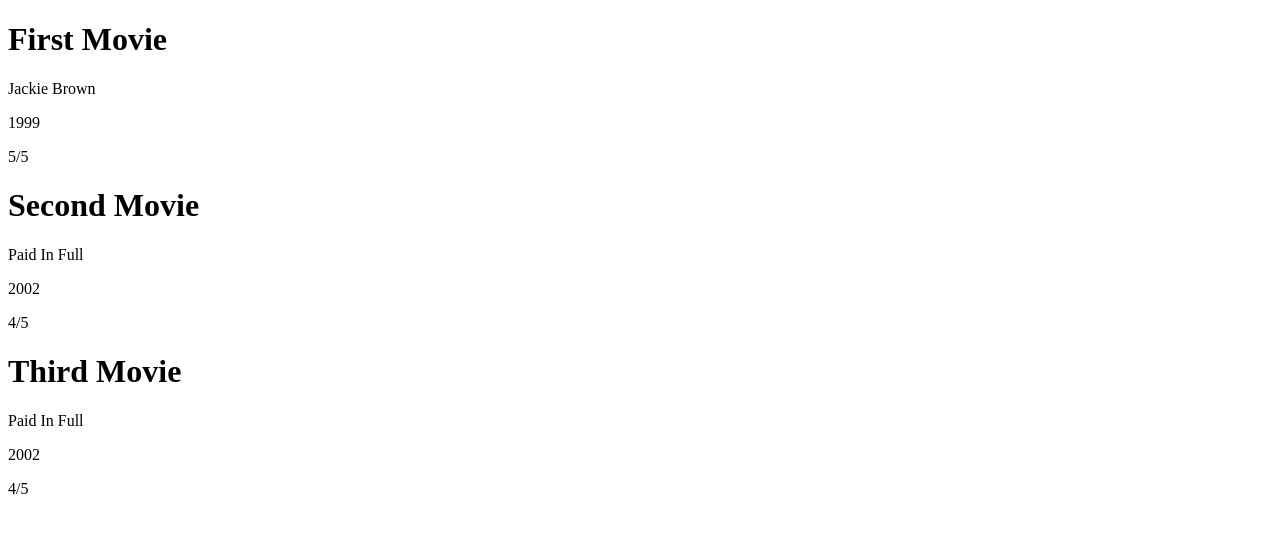
Repository: cs-fullstack-2020-spring/javascript-classes-cw-Awhit-commits
Page: index.html
The author's editor kept a copy of each file at every save. The page is drawn from the files as they stood at one save, then again after the next save.
The browser window is 1280 px wide. The pictures show the whole page.

Above is the page before, as saved 2021-01-06 21:42:27.

After the next save:
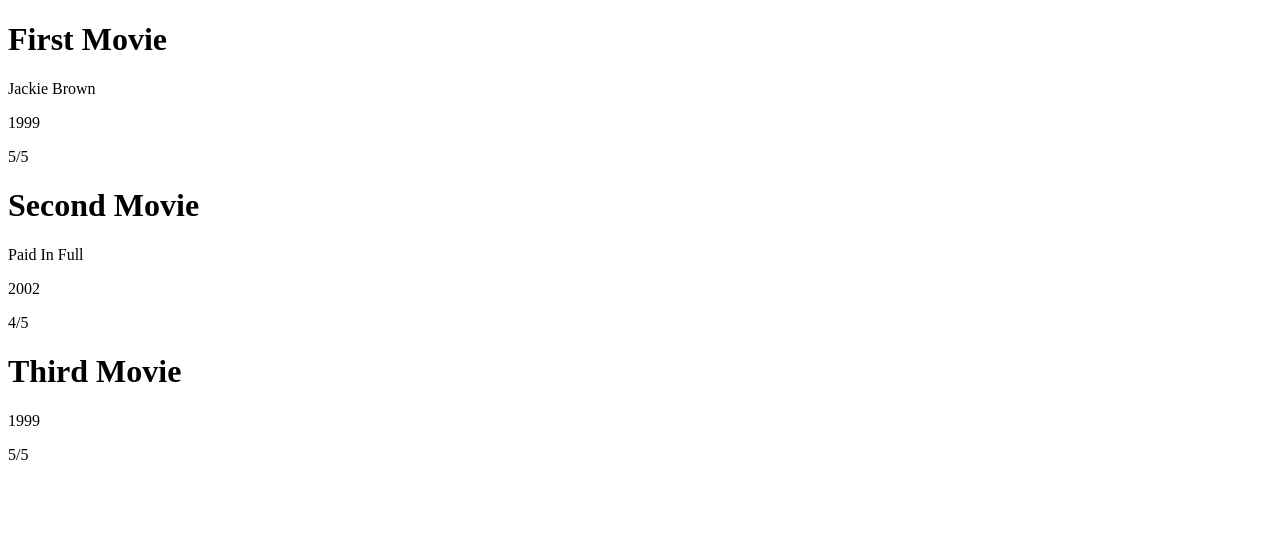
Saved 13 s later.
--- a/index.js
+++ b/index.js
@@ -40,9 +40,9 @@
         <p>${secondMovie.movieYear}</p>
         <p>${secondMovie.rating}</p>
         <h1>Third Movie</h1>
-        <p>${secondMovie.movieTitle}</p>
-        <p>${secondMovie.movieYear}</p>
-        <p>${secondMovie.rating}</p>
+        <p>${thirdMovie.movieTitle}</p>
+        <p>${thirdMovie.movieYear}</p>
+        <p>${thirdMovie.rating}</p>
     </div>`)
 }
 problem2()
